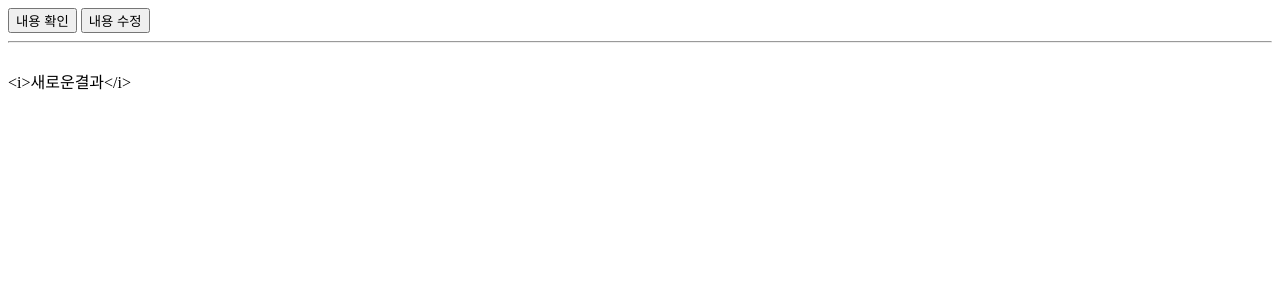
Repository: popconnect/jQuery
Page: http://localhost/jqueryEx01/jquery29.jsp
These files come from the project's save history. The page is drawn as it stood at one moment and after the next save; the edit follows.
The browser window is 1280 px wide. The pictures show the whole page.
After loading, the first visible `#btn2` was clicked once.
The page is served by Tomcat 9.

Above is the page before, as saved 2023-05-16 02:16:01.

After the next save:
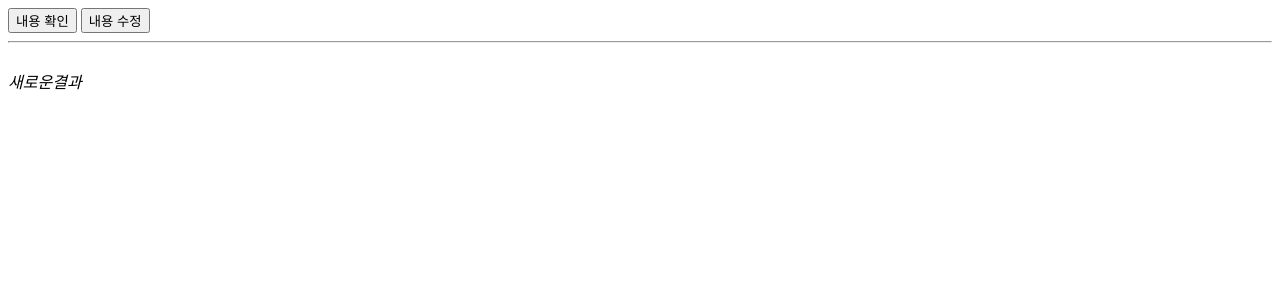
Saved 11 s later.
--- a/jqueryEx01/src/main/webapp/jquery29.jsp
+++ b/jqueryEx01/src/main/webapp/jquery29.jsp
@@ -28,8 +28,8 @@
 
 			// JavaScript 방식
 			const html = document.getElementById('result');
-			//html.innerHTML = '<i>새로운결과</i>'
-			html.textContent = '<i>새로운결과</i>'
+			html.innerHTML = '<i>새로운결과</i>'
+			//html.textContent = '<i>새로운결과</i>'
 
 			// jQuery 방식
 			// console.log($('#result').html());
